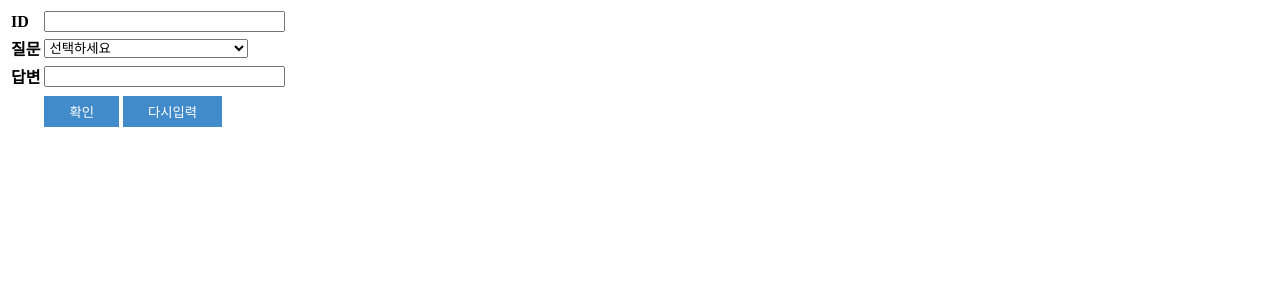
Repository: Toriikk/SpringProject_Bookstay
Page: http://localhost/geniebook/WEB-INF/views/findIdPwd/findPwd.jsp
An editor plug-in stored every save of this project. The page is shown before and after the next save, followed by the edit.
The browser window is 1280 px wide. The pictures show the whole page.
The page is served by Tomcat 9. Nobody is signed in. The template is opened directly, without the code that normally fills it, so the values that code supplies are empty.

Above is the page before, as saved 2022-08-31 07:54:36.

After the next save:
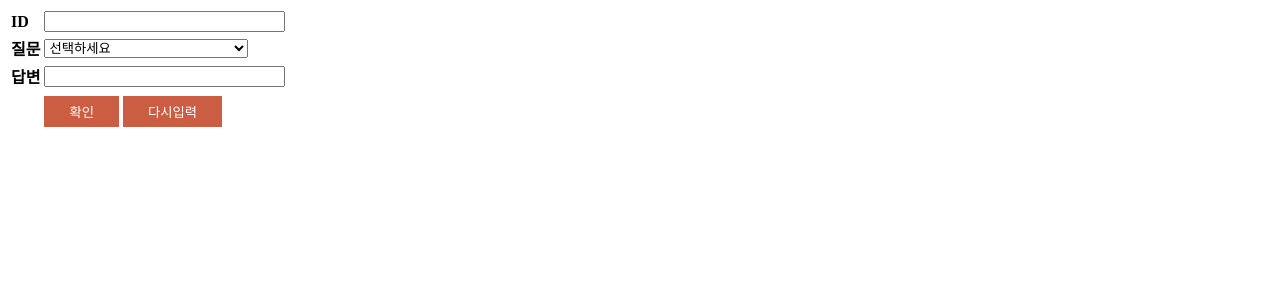
Saved 6 s later.
--- a/geniebook/src/main/webapp/WEB-INF/views/findIdPwd/findPwd.jsp
+++ b/geniebook/src/main/webapp/WEB-INF/views/findIdPwd/findPwd.jsp
@@ -45,9 +45,9 @@
 				<tr>
 					<th></th>
 					<td><input type="submit" value="확인"
-						style="background: #428bca; border: medium none; border-radius: 0; color: #FFFFFF; font-family: 'Roboto', sans-serif; padding: 6px 25px;">
+						style="background: #ca5d42; border: medium none; border-radius: 0; color: #FFFFFF; font-family: 'Roboto', sans-serif; padding: 6px 25px;">
 						<input type="reset" class="btn btn-default" value="다시입력"
-						style="background: #428bca; border: medium none; border-radius: 0; color: #FFFFFF; font-family: 'Roboto', sans-serif; padding: 6px 25px;" />
+						style="background: #ca5d42; border: medium none; border-radius: 0; color: #FFFFFF; font-family: 'Roboto', sans-serif; padding: 6px 25px;" />
 					</td>
 				</tr>
 			</table>
